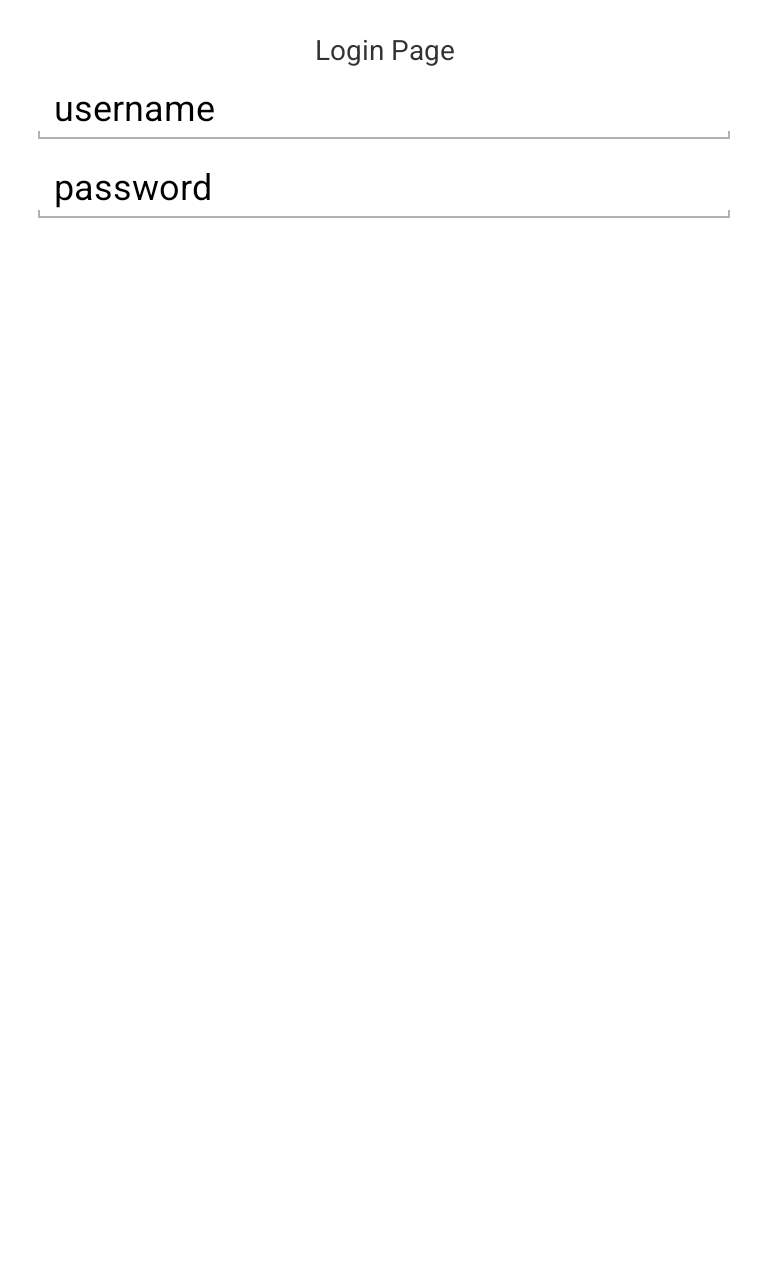
Repository: founderzhl/MarsAndroid
Layout: S01_E15_RelativeLayout02/res/layout/activity_main.xml
These files come from the project's save history. The layout is drawn as it stood at one moment and after the next save; the edit follows.
It is drawn on a 768 x 1280 px phone screen (xhdpi) without system bars, with theme AppTheme; the app's code is not run.

Above is the layout before, as saved 2015-01-22 16:29:44.

After the next save:
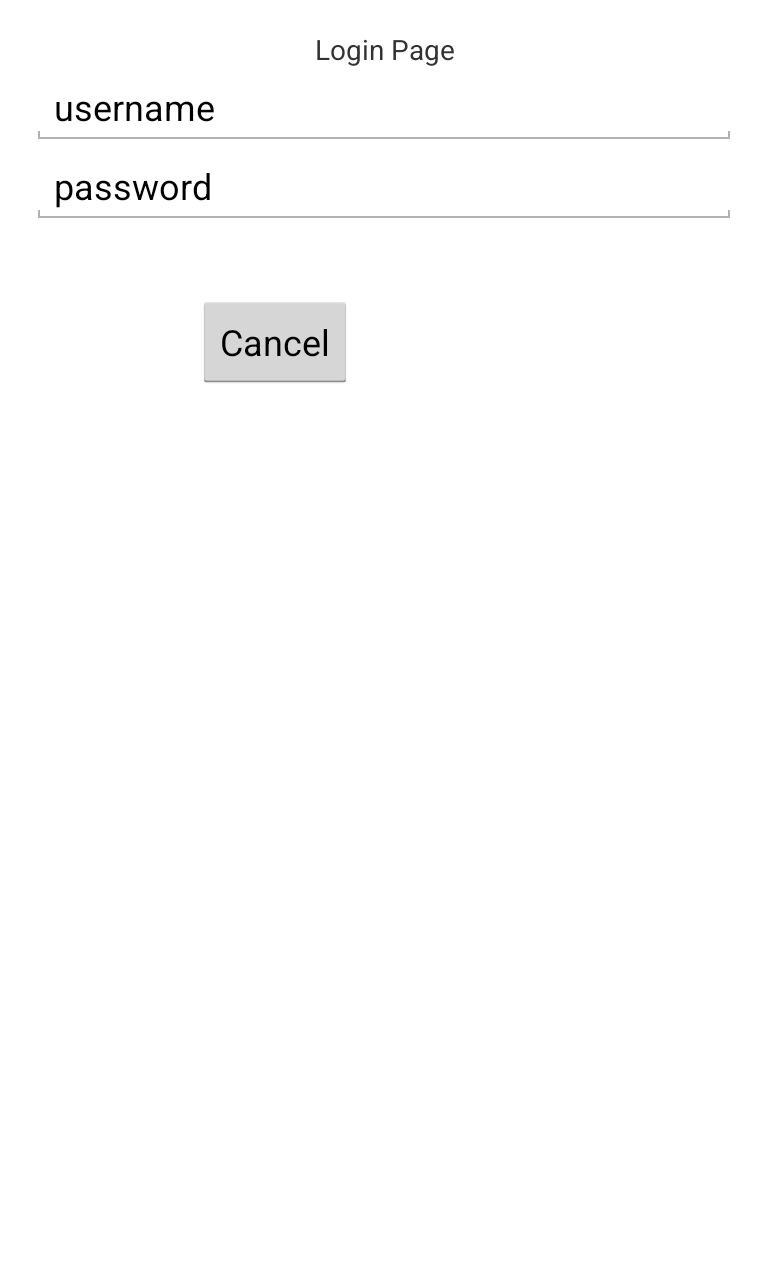
Saved 16 s later.
--- a/S01_E15_RelativeLayout02/res/layout/activity_main.xml
+++ b/S01_E15_RelativeLayout02/res/layout/activity_main.xml
@@ -31,9 +31,8 @@
 
         <Button
             android:id="@+id/cancelButton"
-            android:layout_width="0dp"
+            android:layout_width="wrap_content"
             android:layout_height="wrap_content"
-            android:layout_weight="1"
             android:layout_below="@+id/passwordText"
             android:layout_marginTop="34dp"
             android:layout_toRightOf="@+id/loginButton"
